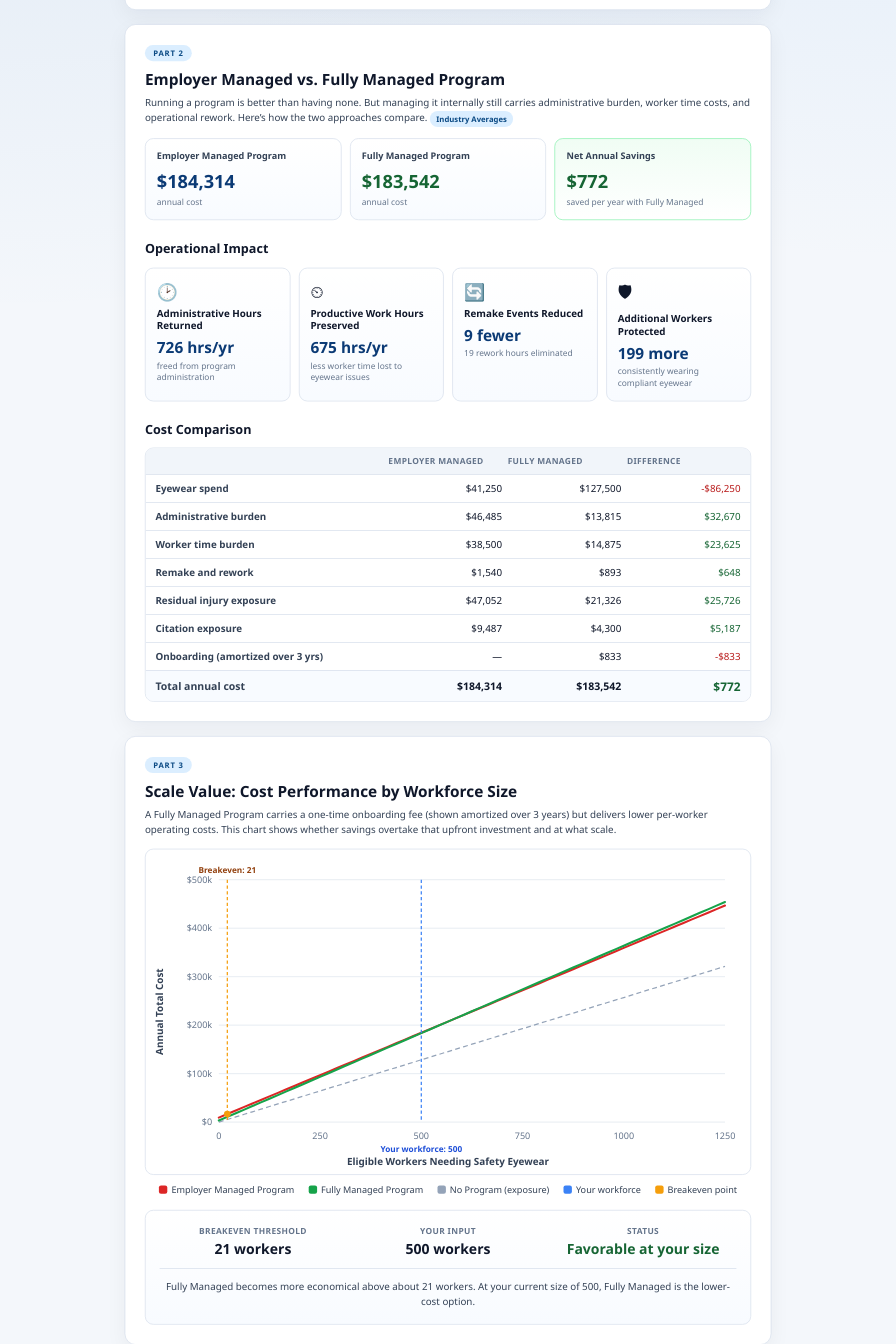
Repository: framescalemarketing-code/cost-analysis-calculator
Page: /
The author's editor kept a copy of each file at every save. The page is drawn from the files as they stood at one save, then again after the next save.
The browser window is 1280 px wide. The pictures show the part of the page from y = 1218 to 3138 px (the page is 3766 px tall before and 3793 px after), at 70% of full size.
The project was rebuilt for these pictures with package versions that can differ from the ones it lists, and the page was loaded fresh each time. The framework's server and built-in components were replaced by stand-ins that run in the browser. Also part of the build but not shown: next.config.mjs.

Above is the page before, as saved 2026-03-16 17:29:15.

After the next save:
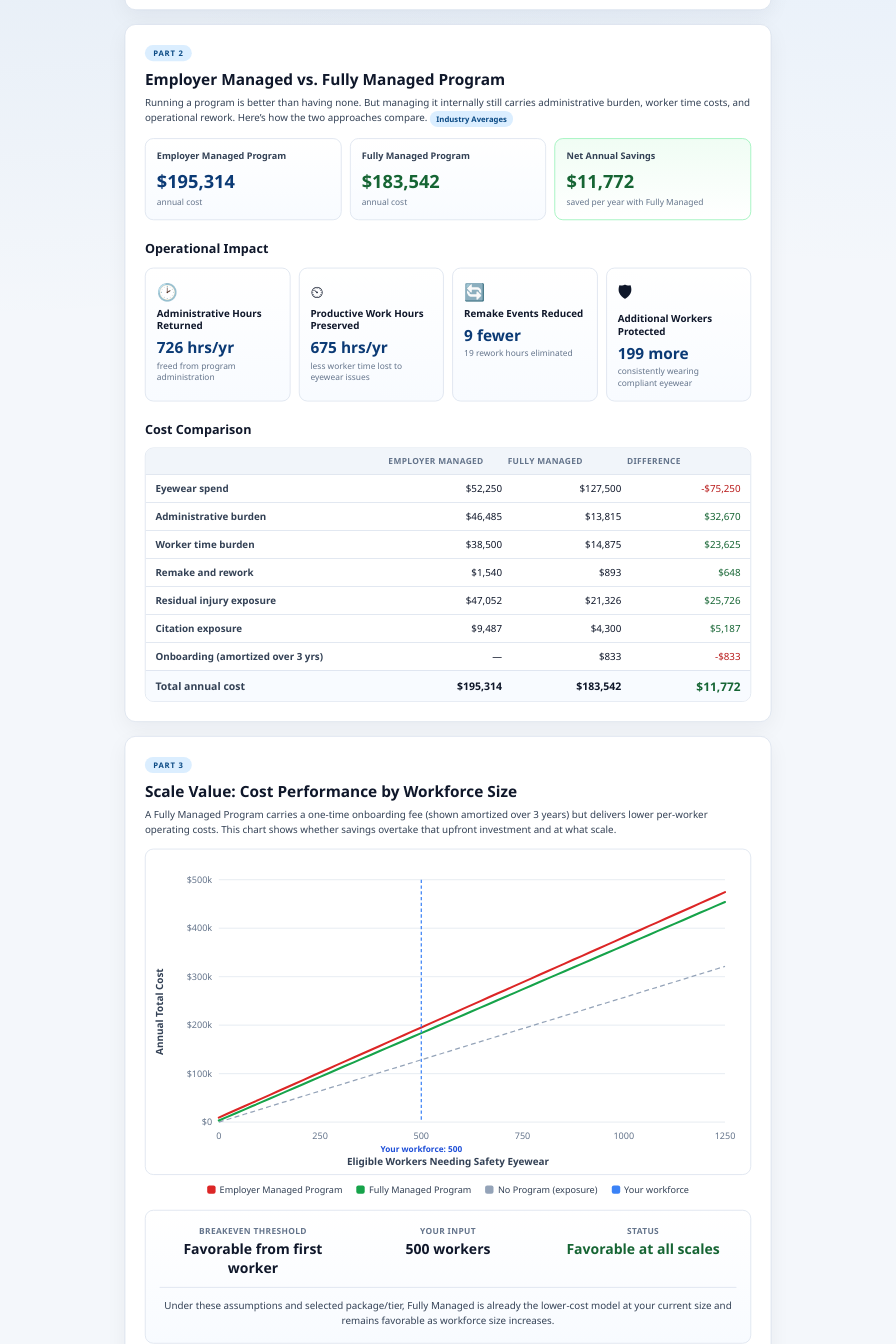
Saved 11 s later.
--- a/app/lib/industryConfig.ts
+++ b/app/lib/industryConfig.ts
@@ -75,8 +75,8 @@ export const INDUSTRIES: Record<IndustryKey, IndustryPreset> = {
     citationProbabilityPerResidualInjury: 0.15,
     avgCitationCost: 16131,
 
-    employerManagedEyewearCostPerWorker: 150,
-    fullyManagedEyewearCostPerWorker: 220,
+    employerManagedEyewearCostPerWorker: 190,
+    fullyManagedEyewearCostPerWorker: 320,
 
     employerManagedAdminMinPerWorkerPerMonth: 15,
     fullyManagedAdminMinPerWorkerPerMonth: 3,
@@ -97,7 +97,7 @@ export const INDUSTRIES: Record<IndustryKey, IndustryPreset> = {
 
     noProgramDisruptionHoursPerWorkerPerYear: 2.4,
     protectionEffectiveness: 0.9,
-    fullyManagedOnboardingFee: 35000,
+    fullyManagedOnboardingFee: 2500,
   },
 
   Construction: {
@@ -107,8 +107,8 @@ export const INDUSTRIES: Record<IndustryKey, IndustryPreset> = {
     citationProbabilityPerResidualInjury: 0.18,
     avgCitationCost: 16131,
 
-    employerManagedEyewearCostPerWorker: 155,
-    fullyManagedEyewearCostPerWorker: 225,
+    employerManagedEyewearCostPerWorker: 205,
+    fullyManagedEyewearCostPerWorker: 330,
 
     employerManagedAdminMinPerWorkerPerMonth: 18,
     fullyManagedAdminMinPerWorkerPerMonth: 4,
@@ -129,7 +129,7 @@ export const INDUSTRIES: Record<IndustryKey, IndustryPreset> = {
 
     noProgramDisruptionHoursPerWorkerPerYear: 2.9,
     protectionEffectiveness: 0.9,
-    fullyManagedOnboardingFee: 45000,
+    fullyManagedOnboardingFee: 3000,
   },
 
   Warehousing: {
@@ -139,8 +139,8 @@ export const INDUSTRIES: Record<IndustryKey, IndustryPreset> = {
     citationProbabilityPerResidualInjury: 0.12,
     avgCitationCost: 16131,
 
-    employerManagedEyewearCostPerWorker: 140,
-    fullyManagedEyewearCostPerWorker: 210,
+    employerManagedEyewearCostPerWorker: 180,
+    fullyManagedEyewearCostPerWorker: 310,
 
     employerManagedAdminMinPerWorkerPerMonth: 14,
     fullyManagedAdminMinPerWorkerPerMonth: 3,
@@ -161,7 +161,7 @@ export const INDUSTRIES: Record<IndustryKey, IndustryPreset> = {
 
     noProgramDisruptionHoursPerWorkerPerYear: 2.2,
     protectionEffectiveness: 0.9,
-    fullyManagedOnboardingFee: 25000,
+    fullyManagedOnboardingFee: 2200,
   },
 
   Utilities: {
@@ -171,8 +171,8 @@ export const INDUSTRIES: Record<IndustryKey, IndustryPreset> = {
     citationProbabilityPerResidualInjury: 0.14,
     avgCitationCost: 16131,
 
-    employerManagedEyewearCostPerWorker: 145,
-    fullyManagedEyewearCostPerWorker: 215,
+    employerManagedEyewearCostPerWorker: 195,
+    fullyManagedEyewearCostPerWorker: 325,
 
     employerManagedAdminMinPerWorkerPerMonth: 16,
     fullyManagedAdminMinPerWorkerPerMonth: 3,
@@ -193,7 +193,7 @@ export const INDUSTRIES: Record<IndustryKey, IndustryPreset> = {
 
     noProgramDisruptionHoursPerWorkerPerYear: 2.4,
     protectionEffectiveness: 0.9,
-    fullyManagedOnboardingFee: 32000,
+    fullyManagedOnboardingFee: 2800,
   },
 
   "Life Sciences": {
@@ -203,8 +203,8 @@ export const INDUSTRIES: Record<IndustryKey, IndustryPreset> = {
     citationProbabilityPerResidualInjury: 0.20,
     avgCitationCost: 16131,
 
-    employerManagedEyewearCostPerWorker: 165,
-    fullyManagedEyewearCostPerWorker: 235,
+    employerManagedEyewearCostPerWorker: 220,
+    fullyManagedEyewearCostPerWorker: 360,
 
     employerManagedAdminMinPerWorkerPerMonth: 16,
     fullyManagedAdminMinPerWorkerPerMonth: 3,
@@ -225,7 +225,7 @@ export const INDUSTRIES: Record<IndustryKey, IndustryPreset> = {
 
     noProgramDisruptionHoursPerWorkerPerYear: 2.2,
     protectionEffectiveness: 0.9,
-    fullyManagedOnboardingFee: 38000,
+    fullyManagedOnboardingFee: 3200,
   },
 
   "Aerospace & Defense": {
@@ -235,8 +235,8 @@ export const INDUSTRIES: Record<IndustryKey, IndustryPreset> = {
     citationProbabilityPerResidualInjury: 0.22,
     avgCitationCost: 16131,
 
-    employerManagedEyewearCostPerWorker: 170,
-    fullyManagedEyewearCostPerWorker: 240,
+    employerManagedEyewearCostPerWorker: 235,
+    fullyManagedEyewearCostPerWorker: 380,
 
     employerManagedAdminMinPerWorkerPerMonth: 17,
     fullyManagedAdminMinPerWorkerPerMonth: 3,
@@ -257,7 +257,7 @@ export const INDUSTRIES: Record<IndustryKey, IndustryPreset> = {
 
     noProgramDisruptionHoursPerWorkerPerYear: 2.6,
     protectionEffectiveness: 0.9,
-    fullyManagedOnboardingFee: 45000,
+    fullyManagedOnboardingFee: 3500,
   },
 };
 
